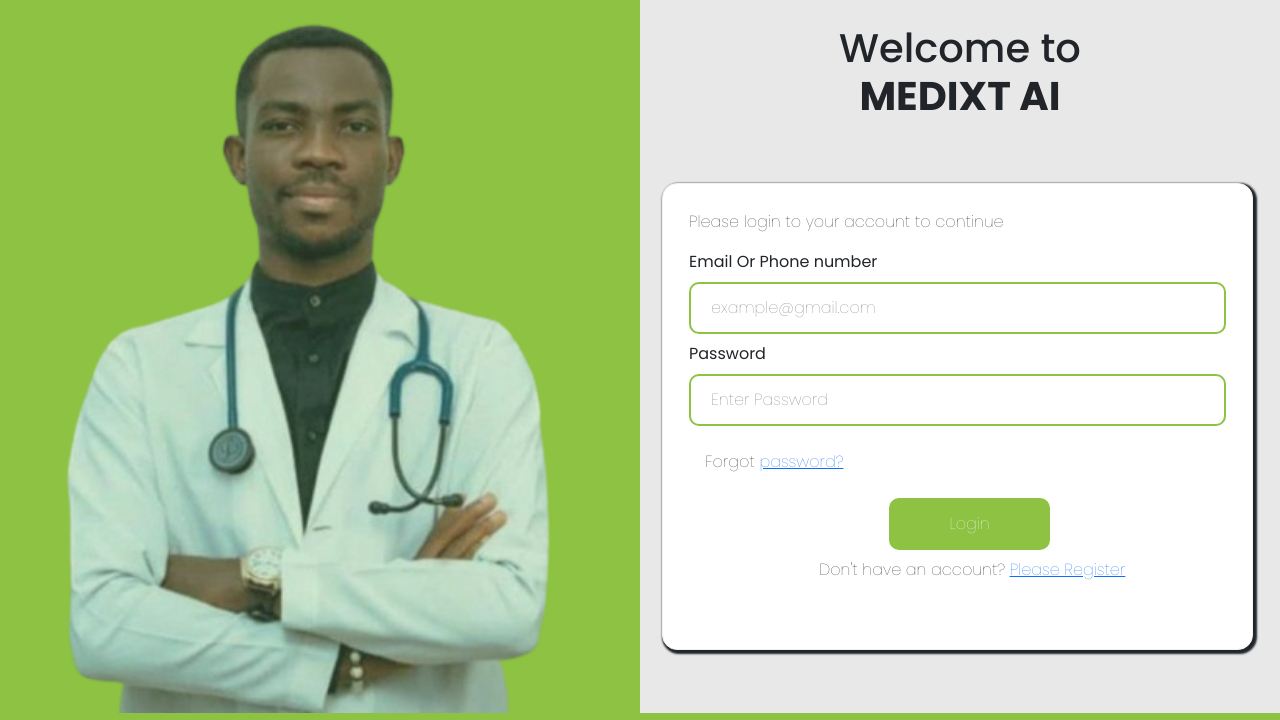
Repository: ChidexStanley/MEDIXT-AI
Page: login.html
These files come from the project's save history. The page is drawn as it stood at one moment and after the next save; the edit follows.
The browser window is 1280 px wide. The pictures show the whole page.

Above is the page before, as saved 2024-07-15 02:33:07.

After the next save:
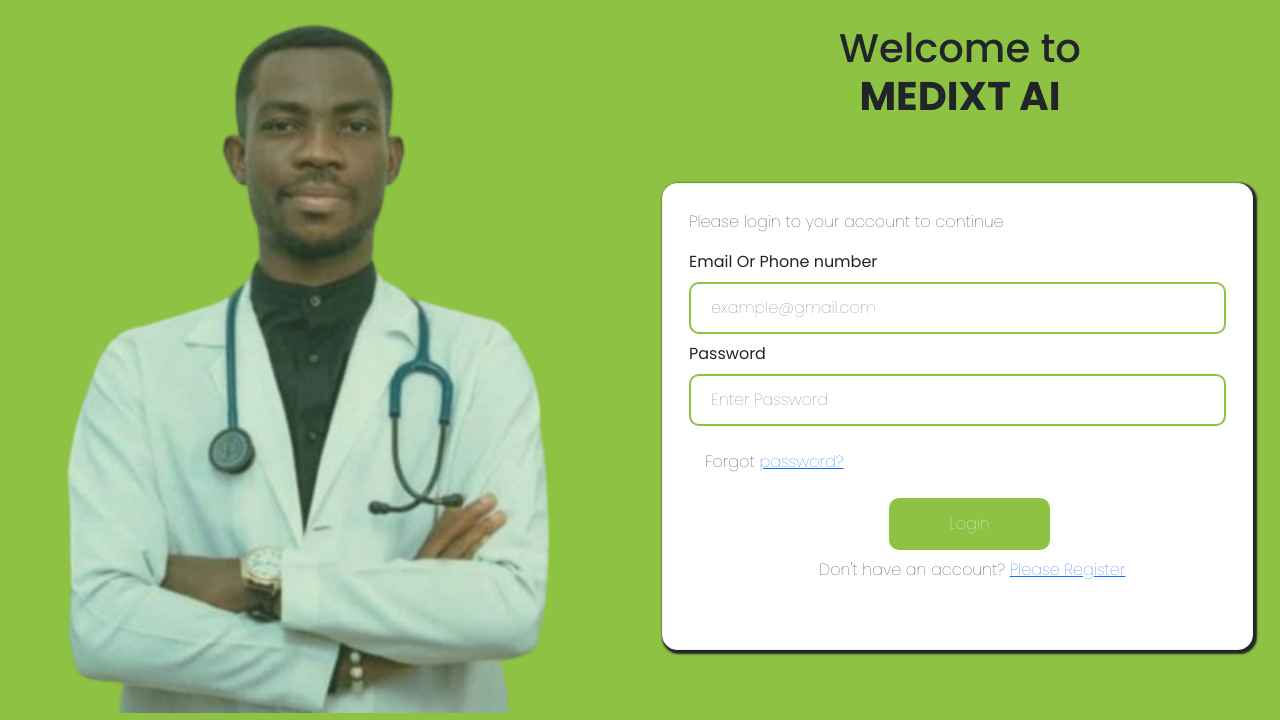
Saved 20 s later.
--- a/login.html
+++ b/login.html
@@ -19,7 +19,7 @@
             <div class="col-md-6" style="background-color: #8DC242; opacity: 75%;">
                 <img class="img1" src="assets/images/doc.png" alt="">
             </div>
-            <div class="col-md-6" style="background-color: #E8E8E8;">
+            <div class="col-md-6" >
                 <div>
                     <div class="head">
                         <h1 style="text-align: center;">Welcome to <br> <b>MEDIXT AI</b></h1>

After the 2 saves that followed:
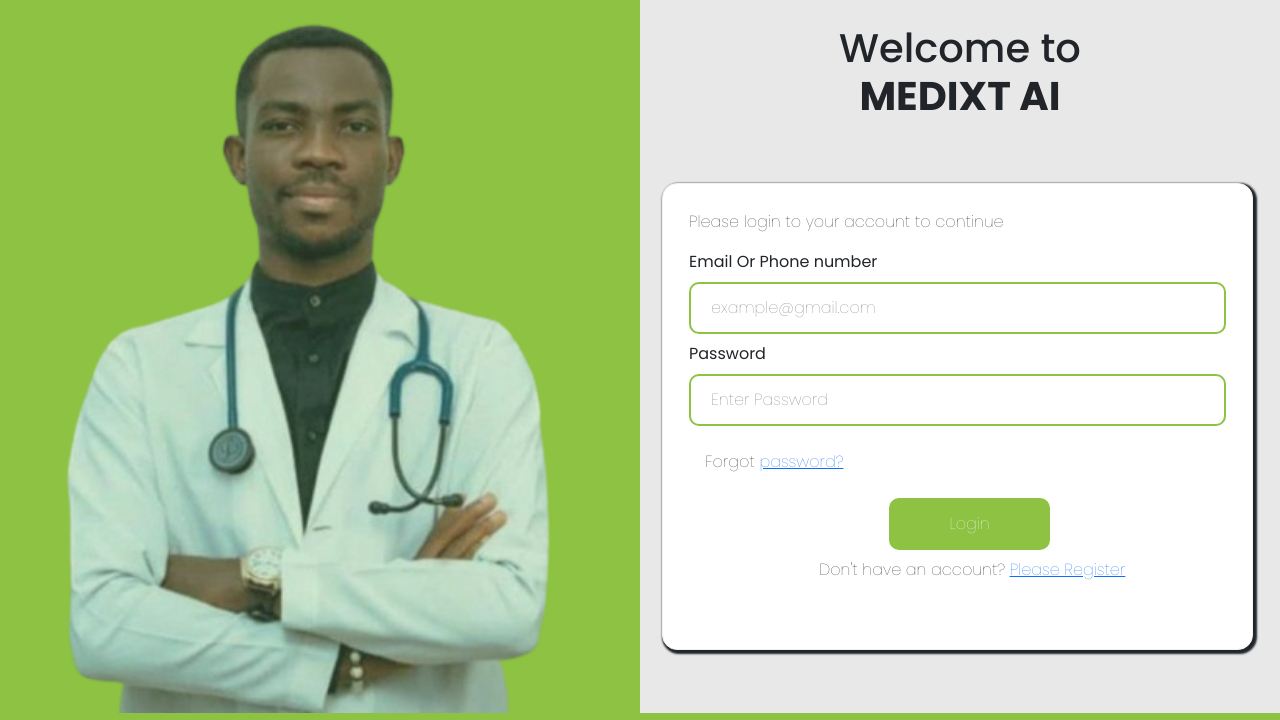
The 2 saves are shown as one change because they came seconds apart.
The last was saved 23 s later.
--- a/login.html
+++ b/login.html
@@ -19,7 +19,7 @@
             <div class="col-md-6" style="background-color: #8DC242; opacity: 75%;">
                 <img class="img1" src="assets/images/doc.png" alt="">
             </div>
-            <div class="col-md-6" >
+            <div class="col-md-6" style="background-color: #E8E8E8;">
                 <div>
                     <div class="head">
                         <h1 style="text-align: center;">Welcome to <br> <b>MEDIXT AI</b></h1>
